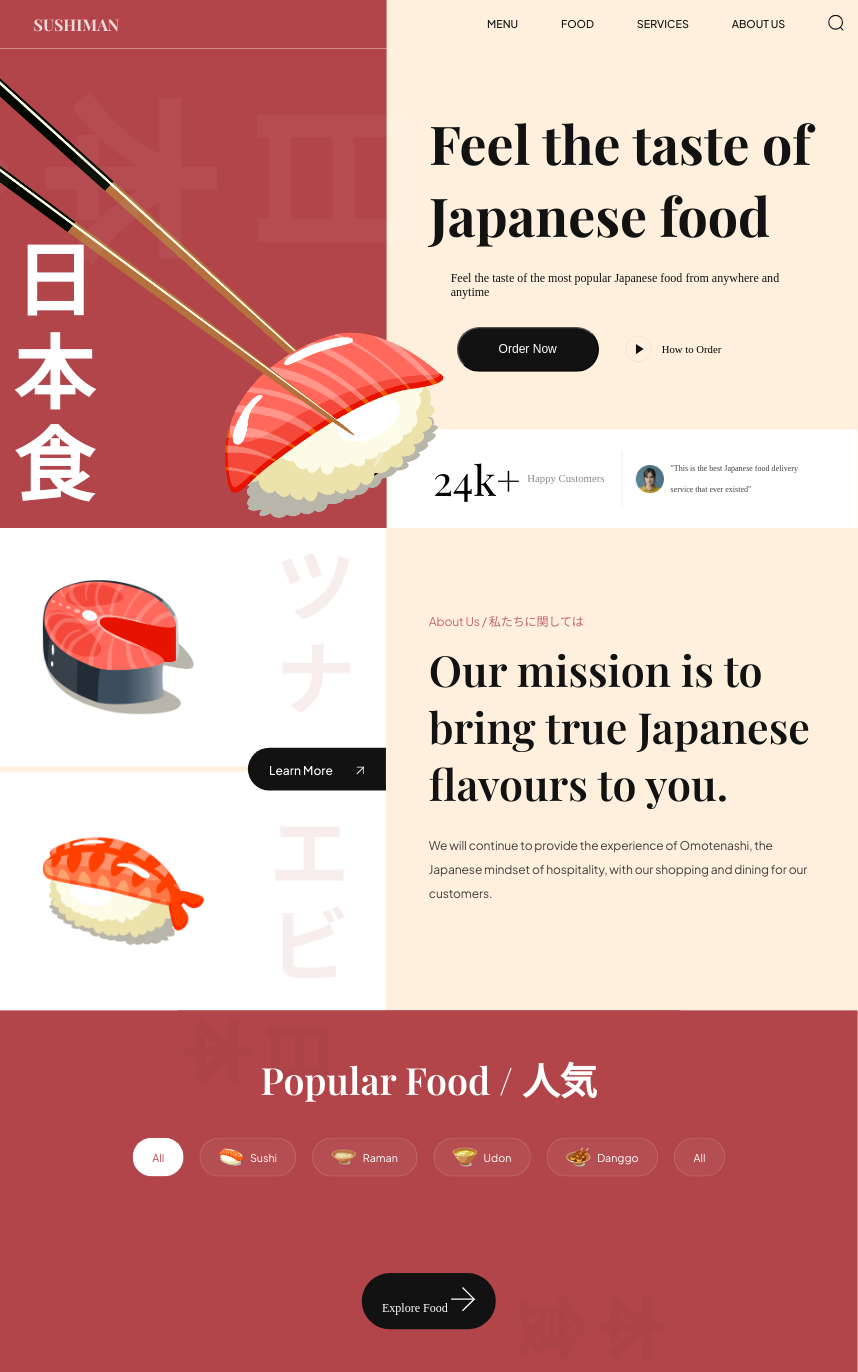
Repository: echoyol/sushiWebsite
Page: index.html
The author's editor kept a copy of each file at every save. The page is drawn from the files as they stood at one save, then again after the next save.
The browser window is 1280 px wide. The pictures show the whole page, at 67% of full size.

Above is the page before, as saved 2023-06-04 20:21:51.

### index.html
<!DOCTYPE html>
<html lang="en">
  <head>
    <meta charset="UTF-8" />
    <meta
      http-equiv="X-UA-Compatible"
      content="IE=edge"
    />
    <meta
      name="viewport"
      content="width=device-width, initial-scale=1.0"
    />
    <link
      rel="icon"
      type="image/png"
      href="/public/sushi.png"
    />
    <link
      rel="stylesheet"
      href="/css/style.css"
    />
    <title>Sushiman</title>
  </head>
  <body>
    <header>
      <nav class="header_nav">
        <div class="header__logo">
          <h4>Sushiman</h4>
          <div class="header__logo-overlay"></div>
        </div>
        <ul class="header__menu">
          <li>
            <a href="#menu">Menu</a>
          </li>
          <li>
            <a href="#food">Food</a>
          </li>
          <li>
            <a href="#services">Services</a>
          </li>
          <li>
            <a href="#about-us">About Us</a>
          </li>
          <li>
            <img
              src="assets/search.svg"
              alt="search"
            />
          </li>
        </ul>
        <ul class="header__menu-mobile">
          <li>
            <img
              src="assets/menu.svg"
              alt="menu"
            />
          </li>
        </ul>
      </nav>
    </header>

    <section class="hero">
      <div class="hero-image">
        <img
          src="assets/sushi-1.png"
          alt="sushi"
        />
        <h2>
          日<br />
          本<br />
          食
        </h2>

        <div class="hero-image__overlay"></div>
      </div>

      <div class="hero-content">
        <div class="hero-content-info">
          <h1>Feel the taste of Japanese food</h1>
          <p>
            Feel the taste of the most popular Japanese food from anywhere and
            anytime
          </p>

          <div class="hero-content__buttons">
            <button class="hero-content__order-button">Order Now</button>
            <button class="hero-content__play-button">
              <img
                src="assets/play-circle.svg"
                alt="play"
              />
              How to Order
            </button>
          </div>
        </div>
        <div class="hero-content__testimonial">
          <div class="hero-content__customer flex-center">
            <h4>24<span>k+</span></h4>
            <p>Happy Customers</p>
          </div>

          <div class="hero-content__review">
            <img
              src="assets/user.png"
              alt="user"
            />
            <p>
              "This is the best Japanese food delivery service that ever
              existed"
            </p>
          </div>
        </div>
      </div>
    </section>

    <section
      class="about-us"
      id="about-us"
    >
      <div class="about-us__image">
        <div class="about-us__image-sushi3">
          <img
            src="assets/sushi-3.png"
            alt="sushi"
          />
        </div>

        <button class="about-us__button">
          Learn More

          <img
            src="assets/arrow-up-right.svg"
            alt="learn more"
          />
        </button>

        <div class="about-us__image-sushi2">
          <img
            src="assets/sushi-2.png"
            alt="sushi"
          />
        </div>
      </div>

      <div class="about-us__content">
        <p class="sushi__subtitle">About Us / 私たちに関しては</p>
        <h3 class="sushi__title">
          Our mission is to bring true Japanese flavours to you.
        </h3>
        <p class="sushi__description">
          We will continue to provide the experience of Omotenashi, the Japanese
          mindset of hospitality, with our shopping and dining for our
          customers.
        </p>
      </div>
    </section>

    <section
      class="popular-foods"
      id="menu"
    >
      <h2 class="popular-foods__title">Popular Food / 人気</h2>

      <div class="popular-foods__filters sushi__hide-scrollbar">
        <button class="popular-foods__filter-btn active">All</button>
        <button class="popular-foods__filter-btn">
          <img
            src="assets/sushi-9.png"
            alt="sushi 9"
          />
          Sushi
        </button>
        <button class="popular-foods__filter-btn">
          <img
            src="assets/sushi-8.png"
            alt="sushi 8"
          />
          Raman
        </button>
        <button class="popular-foods__filter-btn">
          <img
            src="assets/sushi-7.png"
            alt="sushi 7"
          />
          Udon
        </button>
        <button class="popular-foods__filter-btn">
          <img
            src="assets/sushi-6.png"
            alt="sushi 6"
          />
          Danggo
        </button>
        <button class="popular-foods__filter-btn">All</button>
      </div>

      <div class="popular-foods__catalogue"></div>

      <button class="popular-foods__button">
        Explore Food
        <img
          src="assets/arrow-right.svg"
          alt="arrow-right"
        />
      </button>
    </section>
    <script
      src="js/script.js"
      type="module"
    ></script>
  </body>
</html>

### css/style.css
@import url('https://fonts.googleapis.com/css2?family=Playfair+Display:wght@400;500;600;700;800;900&display=swap');
@import url('https://fonts.googleapis.com/css2?family=Plus+Jakarta+Sans:wght@200;300;400;500;600;700;800&display=swap');

/* other css file imports */
@import url('sections/header.css');
@import url('sections/hero.css');
@import url('sections/about.css');
@import url('sections/popular.css');
@import url('sections/trending.css');
@import url('sections/subscribe.css');
@import url('sections/footer.css');

/* CSS variables for reusablity across all files (including above imported) */
:root {
  --playfair-display: 'Playfair Display', serif;
  --plus-jakarta-sans: 'Plus Jakarta Sans', sans-serif;

  --primary-color: #b1454a;
  --secondary-color: #121212;

  --black-200: #020202;
  --black-300: #333333;
  --black-400: #1f1e31;
  --black-500: #555555;
  --gray-100: #888888;

  --color-white: #fff;
  --color-creamson: #fff0de;
}

* {
  margin: 0;
  padding: 0;
  box-sizing: border-box;
  scroll-behavior: smooth;
}

body {
  max-width: 1280px;
  margin: 0 auto;
  background-color: var(--color-creamson);
}

a {
  text-decoration: none;
  color: inherit;
}

.flex-center {
  display: flex;
  justify-content: center;
  align-items: center;
}

.flex-between {
  display: flex;
  justify-content: space-between;
  align-items: center;
}

.sushi__subtitle {
  font-size: 18px;
  font-weight: 400;
  font-family: var(--plus-jakarta-sans);

  color: var(--primary-color);
  opacity: 0.8;

  letter-spacing: -0.01em;
}

.sushi__title {
  font-size: 64px;
  font-weight: 600;
  font-family: var(--playfair-display);

  color: var(--secondary-color);

  margin-top: 16px;
}

.sushi__description {
  font-size: 18px;
  font-weight: 400;
  font-family: var(--plus-jakarta-sans);

  line-height: 36px;
  letter-spacing: -0.01em;

  color: var(--secondary-color);
  opacity: 0.8;

  margin: 32px 0px;
}

/* Hide scrollbar for Chrome, Safari and Opera */
.sushi__hide-scrollbar::-webkit-scrollbar {
  display: none;
}

/* Hide scrollbar for IE, Edge and Firefox */
.sushi__hide-scrollbar {
  -ms-overflow-style: none; /* IE and Edge */
  scrollbar-width: none; /* Firefox */
}

/* START: about us media queries */
@media screen and (max-width: 1024px) {
  .about-us {
    flex-direction: column;
  }

  .about-us__image {
    flex-direction: row;
  }

  .about-us__image-sushi3 {
    border-bottom: none;
    border-right: 8px solid var(--color-creamson);
  }

  .about-us__button {
    display: none;
  }
}

@media screen and (max-width: 750px) {
  .about-us__image {
    flex-direction: column;
  }

  .about-us__image-sushi3 {
    border-bottom: 8px solid var(--color-creamson);
    border-right: none;
  }

  .about-us__button {
    display: block;
    top: 47%;
  }
}

@media screen and (max-width: 550px) {
  .about-us__image-sushi2 img,
  .about-us__image-sushi3 img {
    width: 50%;
    height: 160px;

    object-fit: contain;
  }

  .about-us__image div {
    padding: 32px;
  }

  .about-us__button {
    top: 44%;
  }

  .about-us__content {
    padding: 32px;
  }
}
/* END: about us media queries */

/* START: header media querie */
@media screen and (max-width: 900px) {
  .header__nav {
    background: var(--primary-color);
  }

  .header__menu {
    display: none;
  }

  .header__menu-mobile {
    display: flex;
  }
}

@media screen and (max-width: 550px) {
  .header__logo {
    padding-left: 0;
  }
}
/* END: header media queries */

/* START: hero media queries */
@media screen and (max-width: 1060px) {
  .hero {
    flex-direction: column;
  }

  .hero-image img {
    width: 100%;

    transform: matrix(1, 0.05, 0, 1.25, 0, 0) !important;
  }
}

@media screen and (max-width: 750px) {
  .hero-image h2 {
    font-size: 70px;
    line-height: 90px;
  }
}

@media screen and (max-width: 550px) {
  .hero-image h2 {
    font-size: 40px;
    line-height: 60px;
  }

  .hero-content-info {
    padding: 32px;
  }

  .hero-content-info h1 {
    font-size: 60px;
  }

  .hero-content-info p {
    margin: 32px 0;
  }

  .hero-content__buttons {
    margin: 41px 0;
  }

  .hero-content__testimonial {
    padding: 32px;
  }
}
/* END: hero media queries */

/* START: popular media queries */
@media screen and (max-width: 550px) {
  .popular-foods {
    padding: 64px 32px;
  }

  .popular-foods__card,
  .popular-foods__card.active-card {
    min-width: 100%;
  }
}
/* END: popular media queries */

/* START: subscribe media queries */
@media screen and (max-width: 550px) {
  .subscription {
    padding: 64px 32px;
  }

  .subscription h2 {
    font-size: 68px;
    line-height: 100px;
  }

  .subscription__form {
    flex-direction: column;
    gap: 20px;

    min-width: 100%;
    border-radius: 20px;
    padding: 0;

    border: none;
  }

  .subscription__form input {
    min-height: 50px;

    border: 1px solid rgba(255, 255, 255, 0.5);
    padding: 10px 20px;
    border-radius: 30px;
  }

  .subscription__form button {
    min-width: 100%;
  }
}
/* END: subscribe media queries */

/* START: trending media queries */
@media screen and (max-width: 1024px) {
  .trending-sushi {
    flex-direction: column;
  }

  .trending-drink {
    flex-direction: column-reverse;
  }

  .trending__image {
    width: 100%;
    background-size: cover;
  }

  .trending__discover {
    display: none;
  }

  .trending__arrow {
    display: none;
  }
}

@media screen and (max-width: 550px) {
  .trending__image img {
    width: 70%;
    height: 70%;
  }

  .trending__content {
    padding: 32px;
  }
}
/* END: trending media queries */

### js/script.js
// import AOS from 'aos'
// import 'aos/dist/aos.css'

// // init AOS animation
// AOS.init({
//   duration: 1000,
//   offset: 100,
// })

### css/sections/header.css
.header_nav {
  display: flex;
  overflow: hidden;
}

.header__logo {
  flex: 1;
  display: flex;
  position: relative;
  padding: 20px;
}

.header__logo-overlay {
  position: absolute;
  inset: 0;
  width: 100%;
  background-color: var(--primary-color);
  z-index: -1;
}

.header__logo h4 {
  padding-left: 30px;
  font-weight: 700;
  font-size: 24px;
  text-transform: uppercase;
  font-family: var(--playfair-display);
  color: #fff;
  opacity: 0.8;
}

.header__menu,
.header__menu-mobile {
  padding: 20px;
  flex: 1.236;
  display: flex;
  align-items: center;
  justify-content: flex-end;
  gap: 64px;

  list-style: none;
}

.header__menu li {
  font-weight: 500;
  font-family: var(--plus-jakarta-sans);
  color: var(--secondary-color);
  font-size: 16px;
  text-transform: uppercase;
  line-height: 20px;
  cursor: pointer;
}

.header__menu li img {
  width: 24px;
  height: 24px;
  object-fit: contain;
}

.header__menu-mobile {
  display: none;
  gap: 20px;
  position: relative;
}

### css/sections/hero.css
.hero {
  display: flex;
  min-height: calc(100vh-74px);
  overflow: hidden;
}

.hero-image {
  flex: 1;
  display: flex;
  flex-direction: column;
  position: relative;
  z-index: 5;
}

.hero-image img {
  width: 120%;
  height: 100%;
  object-fit: contain;
}

.hero-image__overlay {
  position: absolute;
  inset: 0;
  width: 100%;
  background-color: var(--primary-color);
  z-index: -1;
}

.hero-image h2 {
  position: absolute;
  bottom: 0;
  padding: 20px;
  font-family: var(--playfair-diaplay);
  font-weight: 700;
  font-size: 120px;
  line-height: 138px;
  color: #fff;
}

.hero-content {
  flex: 1.22;
  display: flex;
  justify-content: space-between;
  flex-direction: column;
}

.hero-content-info {
  padding: 64px;
  flex: 1;
  display: flex;
  justify-content: center;
  flex-direction: column;
}

.hero-content-info h1 {
  font-size: 80px;
  font-weight: 600px;
  font-family: var(--playfair-display);
  color: var(--secondary-color);
}

.hero-content-info p {
  margin: 32px 0 0 32px;
  font-family: var(--plus-jakarta-sana);
  color: var(--secondary-color);
  font-size: 18px;
  font-weight: 400;
}

.hero-content__buttons {
  margin: 41px 0 0 41px;
  display: flex;
  flex-wrap: wrap;
  gap: 36px;
}

.hero-content__order-button {
  padding: 20px;
  border-radius: 36px;
  min-width: 212px;
  outline: none;
  background-color: var(--secondary-color);
  cursor: pointer;
  color: #fff;
  font-weight: 500;
  font-size: 18px;
  line-height: 23px;
}

.hero-content__play-button {
  border: none;
  outline: none;
  background: transparent;

  display: flex;
  align-items: center;

  font-size: 16px;
  line-height: 19px;
  color: var(--black-200);
  font-family: var(--plus-jakarta-sana);

  cursor: pointer;
}

.hero-content__play-button img {
  margin-right: 12px;

  width: 46px;
  height: 46px;
  object-fit: contain;
}

.hero-content__testimonial {
  padding: 32px 64px;

  display: flex;
  flex-wrap: wrap;
  gap: 20px;

  background: var(--color-white);
}

.hero-content__customer {
  flex: 1;
  gap: 10px;
}

.hero-content__customer h4 {
  font-size: 62px;
  font-weight: 400;
  font-family: var(--playfair-display);
}

.hero-content__customer p {
  font-size: 16px;
  font-weight: 400;
  font-family: var(--plus-jakarta-sana);
  color: var(--secondary-color);
  opacity: 0.5;
}

.hero-content__review {
  flex: 1;
  display: flex;
  align-items: center;
  gap: 10px;

  padding-left: 20px;
  border-left: 1px solid rgba(2, 2, 2, 0.1);
  min-width: 200px;
}
.hero-content__review img {
  width: 42px;
  height: 42px;
  object-fit: contain;
}

.hero-content__review p {
  font-size: 12px;
  font-weight: 400;
  line-height: 32px;
  font-family: var(--plus-jakarta-sana);
  color: var(--secondary-color);
  opacity: 0.8;
}

### css/sections/about.css
.about-us {
  display: flex;
  min-height: 720px;
  overflow: hidden;
}

.about-us__image {
  flex: 1;
  display: flex;
  flex-direction: column;
  justify-content: center;

  background: var(--color-white);

  position: relative;
}

.about-us__image div {
  padding: 32px 64px;

  flex: 1;
  display: flex;
  align-items: center;

  background-position: center;
  background-repeat: no-repeat;
  background-size: contain;
}

.about-us__image-sushi3 {
  border-bottom: 8px solid var(--color-creamson);

  background-image: url('../../assets/about_bg1.png');
}

.about-us__image-sushi2 {
  background-image: url('../../assets/about_bg2.png');
}

.about-us__image-sushi3 img {
  width: 225px;
  height: 200px;
}

.about-us__image-sushi2 img {
  width: 240px;
  height: 160px;
}

.about-us__button {
  position: absolute;
  right: 0;

  padding: 12px 32px;
  min-height: 64px;

  background: var(--secondary-color);
  border-radius: 32px 0 0 32px;
  border: 0;
  outline: 0;

  color: #fff;
  font-family: var(--plus-jakarta-sans);
  font-weight: 500;
  font-size: 18px;
  line-height: 23px;
  cursor: pointer;
}

.about-us__button img {
  object-fit: contain;
  margin-left: 32px;
}

.about-us__content {
  padding: 64px;

  flex: 1;
  display: flex;
  justify-content: center;
  flex-direction: column;
}

### css/sections/popular.css
.popular-foods {
  padding: 64px;

  display: flex;
  flex-direction: column;

  background-color: var(--primary-color);
  background-image: url('../../assets/popular_bg.png');
  background-position: center;
  background-repeat: no-repeat;
  background-size: contain;

  overflow: hidden;
}

.popular-foods__title {
  font-size: 56px;
  font-family: var(--playfair-display);
  font-weight: 600;
  line-height: 78px;
  color: #fff;
  text-align: center;
}

.popular-foods__filters {
  margin-top: 48px;
  max-width: 100%;
  overflow-x: auto;

  display: flex;
  justify-content: center;
  gap: 24px;
}

.popular-foods__filter-btn {
  padding: 10px 28px;

  display: flex;
  flex-direction: row;
  align-items: center;
  gap: 10px;

  background: rgba(255, 255, 255, 0.05);
  border: 1px solid rgba(255, 255, 255, 0.2);
  border-radius: 46px;

  font-size: 16px;
  font-weight: 300px;
  line-height: 25px;
  font-family: var(--plus-jakarta-sans);
  color: #fff;
  cursor: pointer;
}

.popular-foods__filter-btn img {
  width: 36px;
  height: 36px;
  object-fit: contain;
}

.popular-foods__filter-btn.active {
  background-color: #fff;
  color: var(--primary-color);
}

.popular-foods__filter-btn:hover {
  background-color: #fff;
  color: var(--primary-color);
}

.popular-foods__catalogue {
  margin-top: 64px;

  display: flex;
  justify-content: center;
  align-items: flex-end;
  flex-wrap: wrap;
  gap: 56px;
}

.popular-foods__button {
  width: fit-content;

  padding: 20px 30px;
  margin: 80px auto 0;

  font-weight: 500;
  font-size: 18px;
  line-height: 23px;
  font-family: var(--secondary-color);
  color: #fff;

  border: none;
  outline: none;
  background: var(--secondary-color);
  border-radius: 64px;
  cursor: pointer;
}

Loaded but not shown: css/sections/trending.css (no stored copy; drawn as an empty file); css/sections/subscribe.css (no stored copy; drawn as an empty file); css/sections/footer.css (no stored copy; drawn as an empty file)

After the next save:
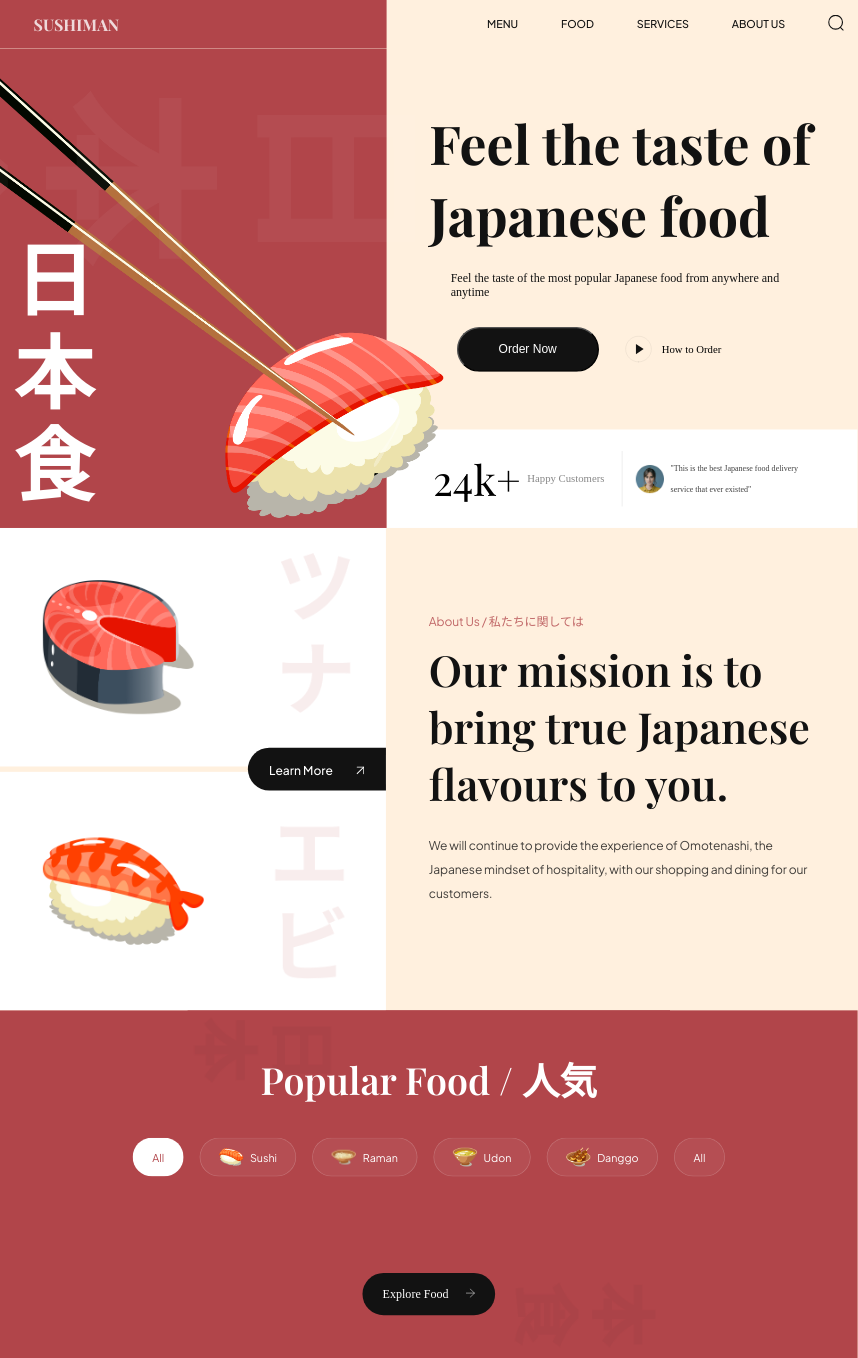
Saved 90 s later.
--- a/css/sections/popular.css
+++ b/css/sections/popular.css
@@ -96,3 +96,11 @@
   border-radius: 64px;
   cursor: pointer;
 }
+
+.popular-foods__button img {
+  width: 14px;
+  height: 14px;
+  object-fit: contain;
+
+  margin-left: 21px;
+}
